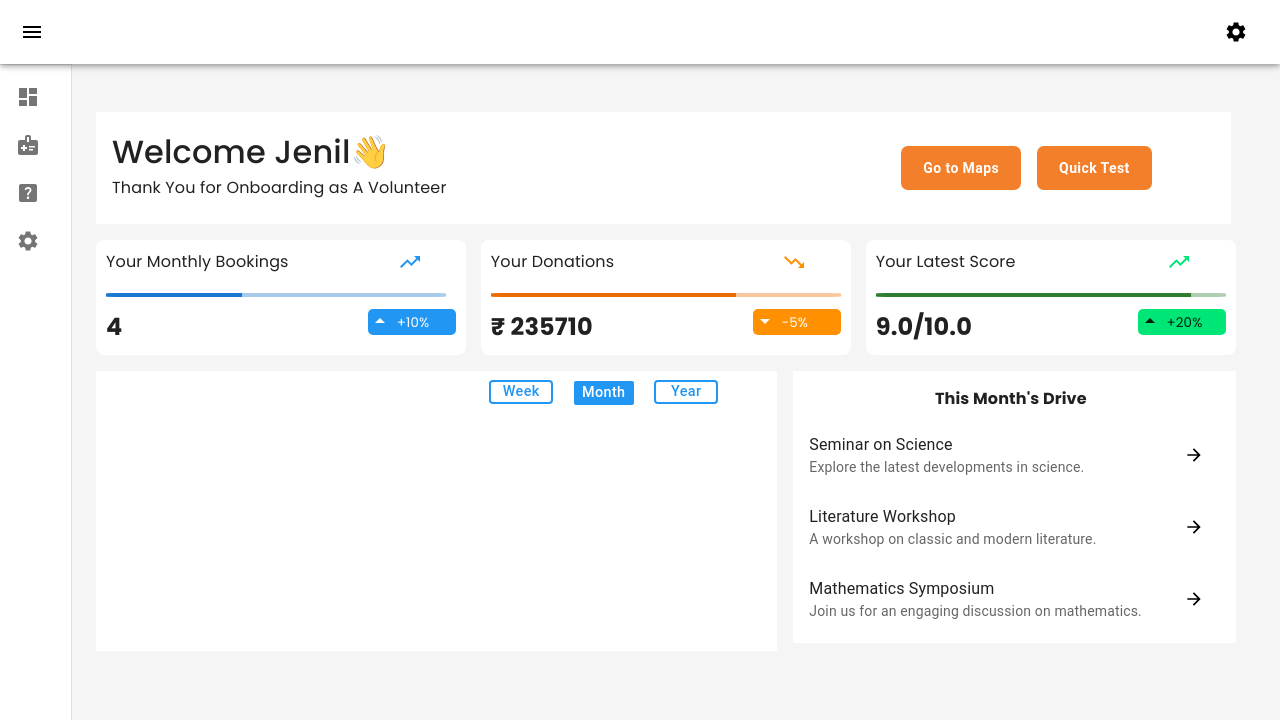
Repository: shubhampirate/Google_Solutions_Edural
Page: /dashboard
An editor plug-in stored every save of this project. The page is shown before and after the next save, followed by the edit.
The browser window is 1280 px wide. The pictures show the whole page.
The page's requests for data from a server got no answer. An inner scrolling area shows only its first screen. The project was rebuilt for these pictures with package versions that can differ from the ones it lists, and the page was loaded fresh each time. Some packages were replaced by stand-ins written for this rebuild. No one was signed in, and anything a server would have sent is missing. Also part of the build but not shown: src/Components/Navbar.jsx, src/Components/Footer.jsx, src/Components/CongratsCard.jsx, src/pages/Hero/Hero.jsx, src/pages/Sign_in.jsx.

Above is the page before, as saved 2024-02-03 19:03:58.

### src/index.js
import React from "react";
import ReactDOM from "react-dom/client";
import "./index.css";
import { GoogleOAuthProvider } from '@react-oauth/google';
import App from "./App";
import { BrowserRouter } from "react-router-dom";
const root = ReactDOM.createRoot(
    document.getElementById("root"));
root.render(
    <BrowserRouter>
<GoogleOAuthProvider clientId="730379698185-cv7a59sok9sod43v04ee6g6pt4gtaea2.apps.googleusercontent.com">
        {/* <React.StrictMode> */}
            <App />
        {/* </React.StrictMode> */}
    </GoogleOAuthProvider>
    </BrowserRouter>

);

### src/App.jsx
import Hero from "./pages/Hero/Hero";
import Dashboard from "./pages/Dashboard/Dashboard";
import Layout from "./Components/layout";
import SignIn from "./pages/Sign_in";
import {useState} from "react";
import { Route, Routes } from "react-router-dom";
function App() {
  return (
    <>
      {/* <Hero />   */}
      {/* <SignIn /> */}
      <Routes>
        <Route path="/signin" element={<><SignIn /></>} />
        <Route path="/dashboard" element={<Layout><Dashboard /></Layout>} />
        {/* <Route path="/education" element={<><Education /></>} /> */}
        {/* <Route path="/health" element={<><Health /></>} /> */}
        {/* <Route path="/profile" element={<><Profile /></>} /> */}
        {/* <Route path="/finance" element={<><Finance /></>} /> */}
        {/* <Route path="/questions" element={<><Questions /></>} /> */}
        {/* <Route path="/retireaibot" element={<><Bot /></>} /> */}
        <Route path="/" element={<><Hero /></>} />
      </Routes>
         </>
  );
}

export default App;

### src/pages/Dashboard/Dashboard.jsx
    import * as React from 'react';
    import { createTheme, ThemeProvider } from '@mui/material/styles';
    import CssBaseline from '@mui/material/CssBaseline';
    import Box from '@mui/material/Box';
    import Toolbar from '@mui/material/Toolbar';
    import { LinearProgress, ListItem,  ListItemText,ListItemButton } from '@mui/material';
    import TrendingUpIcon from '@mui/icons-material/TrendingUp';
    import TrendingDownIcon from '@mui/icons-material/TrendingDown';
    import List from '@mui/material/List';
    import ArrowDropUpIcon from '@mui/icons-material/ArrowDropUp';
    import ArrowDropDownIcon from '@mui/icons-material/ArrowDropDown';
    import Grid from '@mui/material/Grid';
    import axios from 'axios';
    import Button from '@mui/material/Button';
    import Swal from 'sweetalert2';
    import { useState } from 'react';
    import { useEffect } from 'react';
    import CustomButton from "../../Components/CustomButton";
    import ArrowForwardIcon from '@mui/icons-material/ArrowForward';
    // import { Bar } from "react-chartjs-2";
    // import { BarElement, CategoryScale, Chart as ChartJS, Legend, LinearScale, Title, Tooltip } from "chart.js";
    // import GoogleTranslateComponent from '../../Components/GoogleTranslateComponent';
    // ChartJS.register(CategoryScale, LinearScale, BarElement, Title, Tooltip, Legend);

    const educationEvents = [
        { id: 1, name: 'Seminar on Science', description: 'Explore the latest developments in science.' },
        { id: 2, name: 'Literature Workshop', description: 'A workshop on classic and modern literature.' },
        { id: 3, name: 'Mathematics Symposium', description: 'Join us for an engaging discussion on mathematics.' },
      ];
    var currentDate = new Date();

    var months = [
    "January", "February", "March", "April", "May", "June",
    "July", "August", "September", "October", "November", "December"
    ];

    var formattedDate = months[currentDate.getMonth()] + " " + currentDate.getDate() + ", " + currentDate.getFullYear();

    const defaultTheme = createTheme();

    export default function Dashboard() {
    const [open, setOpen] = React.useState(true);
    const toggleDrawer = () => {
        setOpen(!open);
    };

    const [expensedata, setExpensedata] = useState([])

    useEffect(() => {
        loadList();
    }, []);


    const loadList = async () => {
        const result = await axios.get(`https://wixstocle.pythonanywhere.com/api/expense/`, {
        headers: { "Authorization": `Token 11c868750d92deda81638c5a9a59177bdc7ae41a` },
        });
        console.log(result.data.data);
        setExpensedata(result.data.data);
    }

    const getLabels = () => expensedata.slice(-5).map(data => data.date);

    const getData = (key) => expensedata.slice(-5).map(data => data[key]);

    const optionsexpense = {
        indexAxis: 'x',
        elements: {
        bar: {
            borderWidth: 0,
        },
        },
        responsive: true,
        interaction: {
        mode: 'index',
        intersect: false,
        },
        scales: {
        x: {
            stacked: false,
        },
        y: {
            stacked: false,
        },
        },
        plugins: {
        legend: {
            position: 'top',
        }
        },
    };

    const dataexpense = {
        labels: getLabels(),
        datasets: [
        {
            label: 'Revenue',
            data: getData('income'),
            backgroundColor: '#2196f3',
        },
        {
            label: 'Spendings',
            data: getData('expense'),
            backgroundColor: '#ff9100',
        },
        {
            label: 'Savings',
            data: getData('savings'),
            backgroundColor: '#00e676',
        },
        ],
    };

    const today = new Date();
    const year = today.getFullYear();
    const month = String(today.getMonth() + 1).padStart(2, '0'); // Months are zero-based
    const day = String(today.getDate()).padStart(2, '0');

    const todayDate = `${year}-${month}-${day}`;

    const [userData, setUserData] = React.useState({
        income: '',
        savings: '',
        expense: '',
        date: todayDate,
        user: "tony@gmail.com"
    });

    const handleChangePlan = (field, value) => {
        setUserData((prevData) => ({ ...prevData, [field]: value }));
    };
    const creditscore = 87.4;

    const handlePostData = () => {
        console.log(userData);
        fetch(`https://wixstocle.pythonanywhere.com/api/expense/`, {
        method: 'POST',
        headers: {
            "Authorization": `Token 11c868750d92deda81638c5a9a59177bdc7ae41a`,
            'Content-Type': 'application/json',
        },
        body: JSON.stringify(userData),
        })
        .then((response) => response.json())
        .then((data) => {
            // console.log(data);
            if (data.status == true) {
            Swal.fire({
                icon: 'success',
                title: 'Successfully Saved the details',
                showConfirmButton: false,
                timer: 3000
            })
            setExpensedata([...expensedata, userData]);
            }
            else {
            Swal.fire({
                icon: 'error',
                title: data.message,
                showConfirmButton: false,
                timer: 3000
            })
            }
        });
    };

    const [checked, setChecked] = React.useState([1]);

    const handleToggle = (value) => () => {
        const currentIndex = checked.indexOf(value);
        const newChecked = [...checked];

        if (currentIndex === -1) {
        newChecked.push(value);
        } else {
        newChecked.splice(currentIndex, 1);
        }

        setChecked(newChecked);
    };
    return (
        <ThemeProvider theme={defaultTheme}>
        <Box sx={{ display: 'flex' }} >
            <CssBaseline />

            <Box
            component="main"
            sx={{
                backgroundColor: (theme) =>
                theme.palette.mode === 'light'
                    ? theme.palette.grey[100]
                    : theme.palette.grey[900],
                flexGrow: 1,
                height: '100vh',
                overflow: 'auto',
            }}>
            <Toolbar />

            <div>
        <Grid container spacing={2} paddingLeft={5}>
            <Grid item xs={12} sm={8}  style={{ backgroundColor: "white",paddingBottom: "1.5rem" }} >
            <div style={{ fontSize: '2rem', fontWeight: '500'}}>Welcome Jenil👋</div>
            {/* <div>See all activities- {formattedDate}</div> */}
            <div>Thank You for Onboarding as A Volunteer</div>
            </Grid>
            <Grid item xs={12} sm={3.5}  display="flex" justifyContent="flex-center" alignItems="center" style={{ backgroundColor: "white", paddingBottom: "1rem"}}>
            <Box
        sx={{
          display: "flex",
          alignItems: "center",
          justifyContent: "center",
          gap: "1rem",
        }}
      >
        <CustomButton
          backgroundColor="#F47F2A"
          color="#fff"
          buttonText="Go to Maps"

        />
        <CustomButton
          backgroundColor="#F47F2A"
          color="#fff"
          buttonText="Quick Test"

        />
      </Box>
            </Grid>
        </Grid>
        </div>

            <Grid container spacing={2} marginTop="1rem" paddingLeft={5} paddingRight={2}>
                <Grid item xs={12} md={3.8} style={{ backgroundColor: "white", padding: "10px", marginRight: "15px", borderRadius: "0.5rem" }}>
                <Grid item xs={12}>
                    <Grid container>
                    <Grid item xs={10}><div>Your Monthly Bookings</div></Grid>
                    <Grid item xs={2}><TrendingUpIcon sx={{ color: "#2196f3" }} /></Grid>
                    </Grid>
                    <Grid item xs={12}>
                    <LinearProgress variant="determinate" value={40} sx={{ color: "#2196f3", borderRadius: "10%", margin: "12px 10px 12px 0px" }} />
                    </Grid>
                    <Grid item xs={12}>
                    <Grid container>
                        <Grid item xs={9}>
                        <div style={{ fontSize: "1.5rem", fontWeight: "550" }}> 4</div>
                        </Grid>
                        <Grid item xs={3} style={{ backgroundColor: "#2196f3", color: "white", borderRadius: "5px", height: "1.65rem" }}>
                        <ArrowDropUpIcon /> <sup>+10%</sup>
                        </Grid>
                    </Grid>
                    </Grid>
                </Grid>
                </Grid>
                <Grid item xs={12} md={3.8} style={{ backgroundColor: "white", padding: "10px", marginRight: "15px", borderRadius: "0.5rem" }}>
                <Grid item xs={12}>
                    <Grid container>
                    <Grid item xs={10}><div>Your Donations</div></Grid>
                    <Grid item xs={2}><TrendingDownIcon sx={{ color: "#ff9100" }} /></Grid>
                    </Grid>
                    <Grid item xs={12}>
                    <LinearProgress variant="determinate" value={70} color='warning' sx={{ borderRadius: "10%", margin: "12px 0px" }} />
                    </Grid>
                    <Grid item xs={12}>
                    <Grid container>
                        <Grid item xs={9}>
                    <div style={{ fontSize: "1.5rem", fontWeight: "550" }}>₹ 235710</div>
                        </Grid>
                        <Grid item xs={3} style={{ backgroundColor: "#ff9100", color: "white", borderRadius: "5px", height: "1.65rem" }}>
                        <ArrowDropDownIcon /> <sup>-5%</sup>
                        </Grid>
                    </Grid>
                    </Grid>
                </Grid>
                </Grid>
                <Grid item xs={12} md={3.8} style={{ backgroundColor: "white", padding: "10px", marginRight: "15px", borderRadius: "0.5rem" }}>
                <Grid item xs={12}>
                    <Grid container>
                    <Grid item xs={10}><div>Your Latest Score</div></Grid>
                    <Grid item xs={2}><TrendingUpIcon sx={{ color: "#00e676" }} /></Grid>
                    </Grid>
                    <Grid item xs={12}>
                    <LinearProgress variant="determinate" value={90} color="success" style={{ borderRadius: "10%", margin: "12px 0px" }} />
                    </Grid>
                    <Grid item xs={12}>
                    <Grid container>
                        <Grid item xs={9}>
    <div style={{ fontSize: "1.5rem", fontWeight: "550" }}> 9.0/10.0</div>
                        </Grid>
                        <Grid item xs={3} style={{ backgroundColor: "#00e676", borderRadius: "5px", height: "1.65rem" }}>
                        <ArrowDropUpIcon /> <sup>+20%</sup>
                        </Grid>
                    </Grid>
                    </Grid>
                </Grid>
                </Grid>

            </Grid>
            <Grid container spacing={2} marginTop="1rem" paddingLeft={5} paddingRight={2} marginBottom={2}>
                <Grid item xs={7} sx={{ backgroundColor: "white", padding: "5px", marginRight: "1rem" }}>
                <Grid container spacing={2} padding={1}>
                    <Grid xs={7}></Grid>
                    <Grid xs={1.5}><Button style={{
                    borderColor: "#2196f3", color: "#2196f3", height: "1.5rem", textTransform: "capitalize",
                    fontSize: "0.9rem", border: "2px solid", textAlign: "left"
                    }}>Week</Button></Grid>
                    <Grid xs={1.5}><Button style={{
                    backgroundColor: "#2196f3", color: "white", height: "1.75rem", textTransform: "capitalize",
                    fontSize: "0.9rem", border: "2px solid", textAlign: "left"
                    }}>Month</Button></Grid>
                    <Grid xs={1}><Button style={{
                    borderColor: "#2196f3", color: "#2196f3", height: "1.5rem", textTransform: "capitalize",
                    fontSize: "0.9rem", border: "2px solid", textAlign: "left"
                    }}>Year</Button></Grid>
                    <Grid xs={12} marginTop={2}>
                    {/* <Bar options={optionsexpense} data={dataexpense} /> */}
                    </Grid>
                </Grid>
                </Grid>
                <Grid item xs={12} md={4.75} >
                <Grid container spacing={2} >

                    <Grid item xs={11.5}>
                    <Grid container spacing={2} sx={{ backgroundColor: "white", marginBottom: "0.5rem" }}>
                        <Grid item xs={12} style={{ textAlign: "center", marginLeft: "-0.75rem", fontWeight: "600" }}>This Month's Drive</Grid>
                        <List sx={{ width: '100%', bgcolor: 'background.paper' }}>
      {educationEvents.map((event) => (
        <ListItem key={event.id} disablePadding>
          <ListItemButton role={undefined}>
            <ListItemText primary={event.name} secondary={event.description} />
            <Button endIcon={<ArrowForwardIcon sx={{ color: 'black' }}/>} color="primary">
              {/* View More */}
            </Button>
          </ListItemButton>
        </ListItem>
      ))}
    </List>
                    </Grid>
                    </Grid>
                </Grid>
                </Grid>
            </Grid>

            </Box>
        </Box >
        </ThemeProvider >
    );
    }

### src/Components/layout.jsx
import React from 'react';
import { styled, createTheme, ThemeProvider } from '@mui/material/styles';
import CssBaseline from '@mui/material/CssBaseline';
import MuiDrawer from '@mui/material/Drawer';
import Box from '@mui/material/Box';
import MuiAppBar from '@mui/material/AppBar';
import Toolbar from '@mui/material/Toolbar';
import IconButton from '@mui/material/IconButton';
import MenuIcon from '@mui/icons-material/Menu';
import ChevronLeftIcon from '@mui/icons-material/ChevronLeft';
import { mainListItems } from './listItems';
import { List } from '@mui/material';
import Divider from '@mui/material/Divider';
import Badge from '@mui/material/Badge';
// import NotificationsIcon from '@mui/icons-material/Notifications';
import Typography from '@mui/material/Typography';
import SettingsIcon from '@mui/icons-material/Settings';
const drawerWidth = 240;

const AppBar = styled(MuiAppBar, {
  shouldForwardProp: (prop) => prop !== 'open',
})(({ theme, open }) => ({
  zIndex: theme.zIndex.drawer + 1,
  transition: theme.transitions.create(['width', 'margin'], {
    easing: theme.transitions.easing.sharp,
    duration: theme.transitions.duration.leavingScreen,
  }),
  ...(open && {
    marginLeft: drawerWidth,
    width: `calc(100% - ${drawerWidth}px)`,
    transition: theme.transitions.create(['width', 'margin'], {
      easing: theme.transitions.easing.sharp,
      duration: theme.transitions.duration.enteringScreen,
    }),
  }),
  backgroundColor: 'white', // Set background color to white
  color: 'black',
}));

const Drawer = styled(MuiDrawer, { shouldForwardProp: (prop) => prop !== 'open' })(
  ({ theme, open }) => ({
    '& .MuiDrawer-paper': {
      position: 'relative',
      whiteSpace: 'nowrap',
      width: drawerWidth,
      transition: theme.transitions.create('width', {
        easing: theme.transitions.easing.sharp,
        duration: theme.transitions.duration.enteringScreen,
      }),
      boxSizing: 'border-box',
      ...(!open && {
        overflowX: 'hidden',
        transition: theme.transitions.create('width', {
          easing: theme.transitions.easing.sharp,
          duration: theme.transitions.duration.leavingScreen,
        }),
        width: theme.spacing(7),
        [theme.breakpoints.up('sm')]: {
          width: theme.spacing(9),
        },
      }),
    },
  }),
);

const defaultTheme = createTheme();

const Layout = ({ children }) => {
  const [open, setOpen] = React.useState(false);

  const toggleDrawer = () => {
    setOpen(!open);
  };

  return (
    <ThemeProvider theme={defaultTheme}>
      <Box sx={{ display: 'flex' }}>
        <CssBaseline />
        <AppBar position="absolute" open={open}>
          <Toolbar
            sx={{
              pr: '24px', // keep right padding when drawer closed
            }}
          >
            <IconButton
              edge="start"
              color="inherit"
              aria-label="open drawer"
              onClick={toggleDrawer}
              sx={{
                marginRight: '36px',
                ...(open && { display: 'none' }),
              }}
            >
              <MenuIcon />
            </IconButton>
            <Typography
              component="h1"
              variant="h6"
              color="inherit"
              noWrap
              sx={{ flexGrow: 1 }}
            >
              {/* Dashboard */}
            </Typography>
            <IconButton color="inherit">
              {/* <Badge badgeContent={4} color="secondary"> */}
                <SettingsIcon />
              {/* </Badge> */}
            </IconButton>

          </Toolbar>
        </AppBar>
        <Drawer variant="permanent" open={open}>
          <Toolbar
            sx={{
              display: 'flex',
              alignItems: 'center',
              justifyContent: 'flex-end',
              px: [1],
            }}
          >
            <IconButton onClick={toggleDrawer}>
              <ChevronLeftIcon />
            </IconButton>
          </Toolbar>
          <Divider />
            <List component="nav">
                {mainListItems}
            </List>
        </Drawer>
        <Box
          component="main"
          sx={{
            backgroundColor: (theme) =>
              theme.palette.mode === 'light'
                ? theme.palette.grey[100]
                : theme.palette.grey[900],
            flexGrow: 1,
            height: '100vh',
            overflow: 'auto',
          }}
        >
          <Toolbar />
          {/* Content of individual pages */}
          {children}
        </Box>
      </Box>
    </ThemeProvider>
  );
};

export default Layout;

### src/Components/CustomButton.jsx
import { Button, styled } from "@mui/material";
import React from "react";

const CustomButton = ({
  backgroundColor,
  color,
  buttonText,
  heroBtn,
  guideBtn,
  getStartedBtn,
}) => {
  const CustomButton = styled(Button)(({ theme }) => ({
    backgroundColor: backgroundColor,
    color: color,
    fontWeight: "700",
    fontSize: "14px",
    cursor: "pointer",
    padding: "0.5rem 1.25rem",
    borderRadius: "7px",
    textTransform: "none",
    display: "block",
    border: "2px solid transparent",
    "&:hover": {
      backgroundColor: color,
      color: backgroundColor,
      borderColor: backgroundColor,
    },
    [theme.breakpoints.down("md")]: {
      margin: (heroBtn || getStartedBtn) && theme.spacing(0, "auto", 3, "auto"),
      width: (heroBtn || getStartedBtn) && "90%",
    },
    [theme.breakpoints.down("sm")]: {
      marginTop: guideBtn && theme.spacing(3),
      width: guideBtn && "90%",
    },
  }));

  return <CustomButton>{buttonText}</CustomButton>;
};

export default CustomButton;

### src/Components/listItems.jsx
import * as React from 'react';
import ListItemButton from '@mui/material/ListItemButton';
import ListItemIcon from '@mui/material/ListItemIcon';
import ListItemText from '@mui/material/ListItemText';
import DashboardIcon from '@mui/icons-material/Dashboard';
import MedicalInformationIcon from '@mui/icons-material/MedicalInformation';
import SavingsIcon from '@mui/icons-material/Savings';
import SchoolIcon from '@mui/icons-material/School';
import HelpCenterIcon from '@mui/icons-material/HelpCenter';
import SettingsIcon from '@mui/icons-material/Settings';
import SmartToyIcon from '@mui/icons-material/SmartToy';
import { Link } from 'react-router-dom';
// import GoogleTranslateComponent from './GoogleTranslateComponent';


export const mainListItems = (
  <>
    <React.Fragment>
      <Link to="/dashboard" style={{ textDecoration: "none", color: "black" }}>
        <ListItemButton>
          <ListItemIcon>
            <DashboardIcon />
          </ListItemIcon>
          <ListItemText primary="Dashboard" />
        </ListItemButton>
      </Link>
      <Link to="/health" style={{ textDecoration: "none", color: "black" }}>
        <ListItemButton>
          <ListItemIcon>
            <MedicalInformationIcon />
          </ListItemIcon>
          <ListItemText primary="HeathCare" />
        </ListItemButton>
      </Link>
      {/* <Link to="/finance" style={{ textDecoration: "none", color: "black" }}>
        <ListItemButton>
          <ListItemIcon>
            <SavingsIcon />
          </ListItemIcon>
          <ListItemText primary="Finance Planning" />
        </ListItemButton>
      </Link> */}
      {/* <Link to="/education" style={{ textDecoration: "none", color: "black" }}>
        <ListItemButton>
          <ListItemIcon>
            <SchoolIcon />
          </ListItemIcon>
          <ListItemText primary="Educational Service" />
        </ListItemButton>
      </Link> */}
      <Link to="/questions" style={{ textDecoration: "none", color: "black" }}>
        <ListItemButton>
          <ListItemIcon>
            <HelpCenterIcon />
          </ListItemIcon>
          <ListItemText primary="FAQ" />
        </ListItemButton>
      </Link>
      <Link to="/profile" style={{ textDecoration: "none", color: "black" }}>
        <ListItemButton>
          <ListItemIcon>
            <SettingsIcon />
          </ListItemIcon>
          <ListItemText primary="Profile" />
        </ListItemButton>
      </Link>
      {/* <Link to="/retireaibot" style={{ textDecoration: "none", color: "black" }}>
        <ListItemButton>
          <ListItemIcon>
            <SmartToyIcon />
          </ListItemIcon>
          <ListItemText primary="Retire AI Bot" />
        </ListItemButton>
      </Link> */}
    </React.Fragment >
  </>
);

// export const secondaryListItems = (
//   <React.Fragment>
//     <ListSubheader component="div" inset>
//       Saved reports
//     </ListSubheader>
//     <ListItemButton>
//       <ListItemIcon>
//         <AssignmentIcon />
//       </ListItemIcon>
//       <ListItemText primary="Current month" />
//     </ListItemButton>
//     <ListItemButton>
//       <ListItemIcon>
//         <AssignmentIcon />
//       </ListItemIcon>
//       <ListItemText primary="Last quarter" />
//     </ListItemButton>
//     <ListItemButton>
//       <ListItemIcon>
//         <AssignmentIcon />
//       </ListItemIcon>
//       <ListItemText primary="Year-end sale" />
//     </ListItemButton>
//   </React.Fragment>
// );

Loaded but not shown: public/index.html (common file); src/index.css (common file)

After the next save:
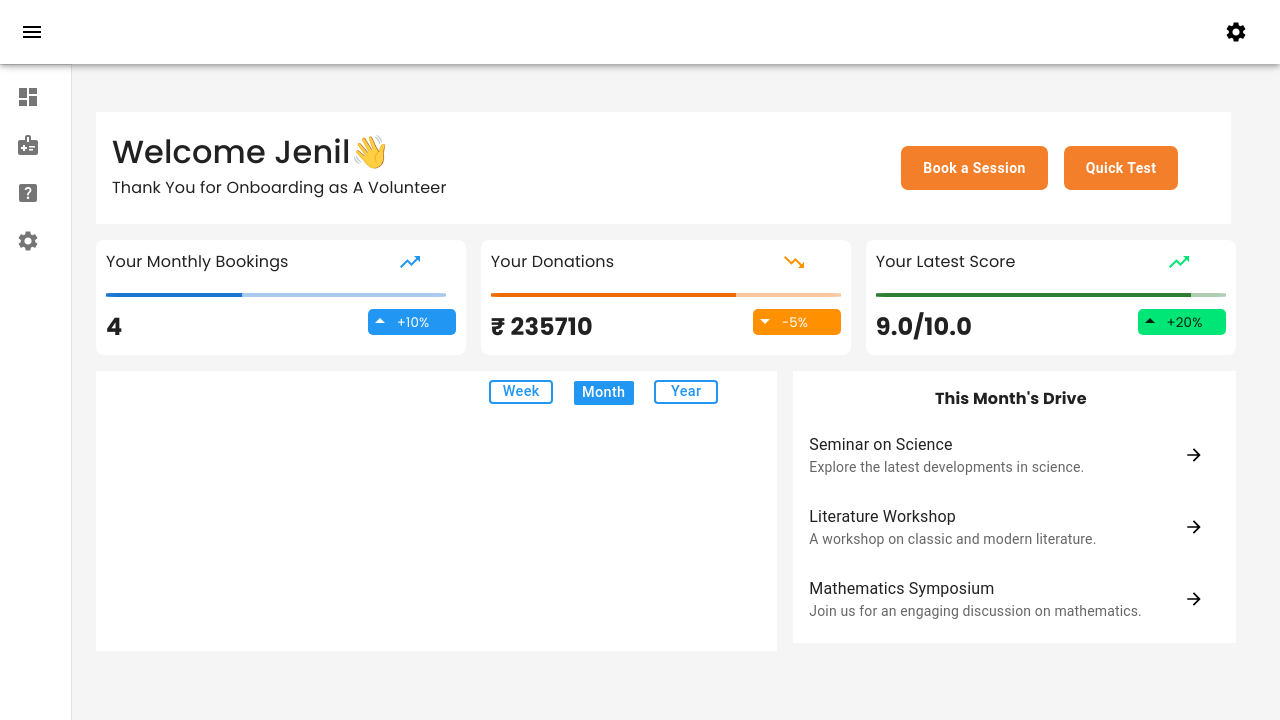
Saved 83 s later.
--- a/src/pages/Dashboard/Dashboard.jsx
+++ b/src/pages/Dashboard/Dashboard.jsx
@@ -215,7 +215,7 @@
         <CustomButton
           backgroundColor="#F47F2A"
           color="#fff"
-          buttonText="Go to Maps"
+          buttonText="Book a Session"
 
         />
         <CustomButton
